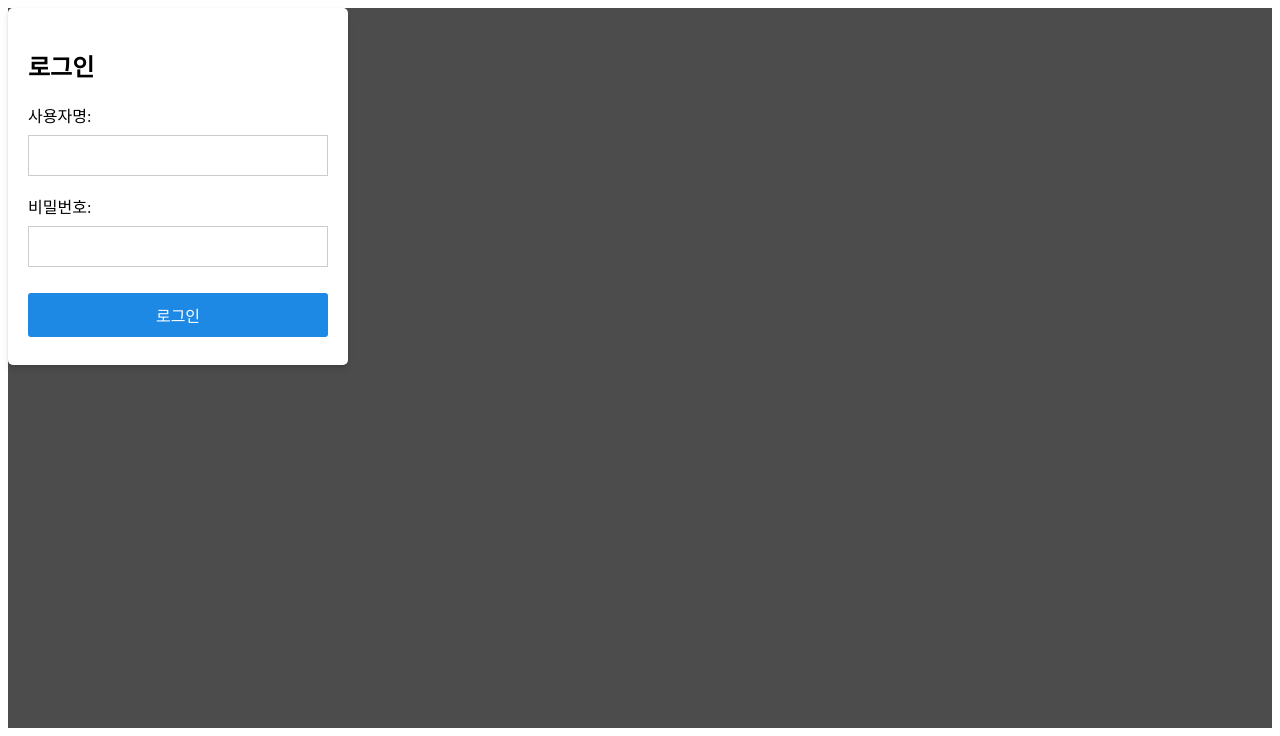
Repository: NewTurn2017/MyChome
Page: index.html
An editor plug-in stored every save of this project. The page is shown before and after the next save, followed by the edit.
The browser window is 1280 px wide. The pictures show the whole page.
The page's requests for data from a server got no answer.

Above is the page before, as saved 2023-04-17 23:50:52.

### index.html
<!DOCTYPE html>
<html lang="ko-KR">
  <head>
    <meta charset="UTF-8" />
    <title>나만의 홈페이지</title>
    <link rel="stylesheet" href="style.css" />
  </head>

  <body>
    <div id="mainContent" style="display: none">
      <div id="content">
        <div id="clock"></div>
        <div id="quote"></div>
        <div id="weather"></div>

        <div id="todo">
          <form id="todoForm">
            <input
              type="text"
              id="todoInput"
              placeholder="할 일을 입력하세요"
            />
            <button type="submit" id="addBtn">추가</button>
          </form>
          <ul id="todoList"></ul>
          <button id="saveBtn">저장</button>
          <button id="loadBtn">불러오기</button>
        </div>
      </div>
    </div>

    <div id="loginContainer">
      <div id="loginFormContainer">
        <h2>로그인</h2>
        <form id="loginForm">
          <div class="inputContainer">
            <label for="username">사용자명:</label>
            <input type="text" id="username" />
          </div>
          <div class="inputContainer">
            <label for="password">비밀번호:</label>
            <input type="password" id="password" />
          </div>
          <button type="submit" id="loginBtn">로그인</button>
        </form>
      </div>
    </div>

    <script src="database.js"></script>
    <script src="weather.js"></script>
    <script src="clock.js"></script>
    <script src="quote.js"></script>
    <script src="todo.js"></script>
    <script src="main.js"></script>
  </body>
</html>

### style.css
.modal {
  display: none;
  position: fixed;
  z-index: 1;
  left: 0;
  top: 0;
  width: 100%;
  height: 100%;
  background-color: rgba(0, 0, 0, 0.6);
}

.modal-content {
  background-color: white;
  margin: 15% auto;
  padding: 20px;
  border: 1px solid #888;
  width: 50%;
  max-width: 350px;
  text-align: center;
}

.close {
  color: #aaa;
  float: right;
  font-size: 28px;
  font-weight: bold;
}

.close:hover,
.close:focus {
  color: black;
  text-decoration: none;
  cursor: pointer;
}

/* 기존 스타일들 */

/* 로그인 컨테이너 스타일 */
#loginContainer {
  display: flex;
  justify-content: center;
  align-items: center;
  height: 100vh;
  background-color: rgba(0, 0, 0, 0.7);
}

#loginFormContainer {
  background-color: #fff;
  width: 300px;
  padding: 20px;
  border-radius: 5px;
  box-shadow: 0 4px 6px rgba(0, 0, 0, 0.1), 0 1px 3px rgba(0, 0, 0, 0.08);
}

h2 {
  margin-bottom: 20px;
}

.inputContainer {
  display: flex;
  flex-direction: column;
  margin-bottom: 10px;
}

input[type='text'],
input[type='password'] {
  width: 100%;
  padding: 12px 20px;
  margin: 8px 0;
  display: inline-block;
  border: 1px solid #ccc;
  box-sizing: border-box;
}

button[type='submit'] {
  background-color: #4caf50;
  color: white;
  padding: 14px 20px;
  margin: 8px 0;
  width: 100%;
  border: none;
  cursor: pointer;
}
button#loginBtn {
  width: 100%;
  padding: 10px;
  font-size: 16px;
  background-color: #1e88e5;
  color: #fff;
  border: none;
  border-radius: 3px;
  cursor: pointer;
}

#loginBtn:hover {
  opacity: 0.8;
}

### database.js
const users = [
  {
    username: 'admin',
    password: '1234',
  },
]

function validateUser(username, password) {
  const user = users.find(
    (user) => user.username === username && user.password === password
  )

  return user ? true : false
}

### weather.js
const apiKey = '826d7a44b198cf8c95e55967b086ae22' // 발급 받은 API 키를 입력하세요.

async function getWeather(city) {
  const response = await fetch(
    `https://api.openweathermap.org/data/2.5/weather?q=${city}&appid=${apiKey}&units=metric`
  )

  if (response.status === 200) {
    const data = await response.json()
    return data
  } else {
    throw new Error('날씨 정보를 불러오는데 실패했습니다.')
  }
}

const weatherDiv = document.getElementById('weather')

async function displayWeather() {
  try {
    const city = 'Seoul' // 원하는 도시 이름을 입력하세요.
    const weatherData = await getWeather(city)
    console.log(weatherData)
    const weatherDescription = weatherData.weather[0].description
    const temperature = weatherData.main.temp
    const feelsLike = weatherData.main.feels_like

    weatherDiv.innerHTML = `
      <h3>날씨: ${weatherDescription}</h3>
      <p>온도: ${temperature}°C</p>
      <p>체감 온도: ${feelsLike}°C</p>
    `
  } catch (error) {
    weatherDiv.innerHTML = `<p>${error.message}</p>`
  }
}

displayWeather()

### clock.js
// 시계 출력 함수
function showClock() {
  const now = new Date() // 현재 시간을 가져옴
  const hour = now.getHours() // 시간을 가져옴
  const minute = now.getMinutes() // 분을 가져옴
  const second = now.getSeconds() // 초를 가져옴

  const clock = document.getElementById('clock')
  clock.textContent = `${hour < 10 ? '0' + hour : hour}:${
    minute < 10 ? '0' + minute : minute
  }:${second < 10 ? '0' + second : second}`

  // 1초마다 showClock 함수를 호출하여 시간을 업데이트 함
  setTimeout(showClock, 1000)
}

// showClock 함수를 최초로 호출하여 화면에 시계를 표시함
showClock()

### quote.js
const apiKey2 = 'DZgTWSk7G8zffkGfHBZ9nA==LBa1KGthmH6oC8lA' // Replace with your actual API key

const categories = [
  'age',
  'alone',
  'amazing',
  'anger',
  'architecture',
  'art',
  'attitude',
  'beauty',
  'best',
  'birthday',
  'business',
  'car',
  'change',
  'communications',
  'computers',
  'cool',
  'courage',
  'dad',
  'dating',
  'death',
  'design',
  'dreams',
  'education',
  'environmental',
  'equality',
  'experience',
  'failure',
  'faith',
  'family',
  'famous',
  'fear',
  'fitness',
  'food',
  'forgiveness',
  'freedom',
  'friendship',
  'funny',
  'future',
  'god',
  'good',
  'government',
  'graduation',
  'great',
  'happiness',
  'health',
  'history',
  'home',
  'hope',
  'humor',
  'imagination',
  'inspirational',
  'intelligence',
  'jealousy',
  'knowledge',
  'leadership',
  'learning',
  'legal',
  'life',
  'love',
  'marriage',
  'medical',
  'men',
  'mom',
  'money',
  'morning',
  'movies',
  'success',
]

function getRandomCategory() {
  return categories[Math.floor(Math.random() * categories.length)]
}

function fetchQuote() {
  const category = getRandomCategory()
  const url = `https://api.api-ninjas.com/v1/quotes?category=${category}`

  fetch(url, {
    method: 'GET',
    headers: {
      'X-Api-Key': apiKey2,
      'Content-Type': 'application/json',
    },
  })
    .then((response) => {
      if (response.ok) {
        return response.json()
      } else {
        throw new Error('Network response was not ok')
      }
    })
    .then((result) => {
      displayQuote(result[0])
    })
    .catch((error) => {
      console.error('Error: ', error)
    })
}

function displayQuote(quoteObj) {
  const quote = quoteObj.quote
  const author = quoteObj.author

  const quoteElement = document.getElementById('quote')
  quoteElement.innerHTML = `<p>${quote}</p><p><em>- ${author}</em></p>`
}

// Fetch a new quote
fetchQuote()

### todo.js
// Todo List 출력 함수
function showTodoList() {
  const todoList = JSON.parse(localStorage.getItem('todoList')) || [] // 로컬 스토리지에서 Todo List를 가져옴

  const todoListElem = document.getElementById('todoList')
  todoListElem.innerHTML = ''

  todoList.forEach((todo, index) => {
    const li = document.createElement('li')
    li.innerHTML = `
        <input type="text" value="${todo}" data-index="${index}">
        <button class="deleteBtn" data-index="${index}">삭제</button>
      `
    todoListElem.appendChild(li)
  })

  // 삭제 버튼 클릭 이벤트 핸들러 등록
  const deleteBtns = document.querySelectorAll('.deleteBtn')
  deleteBtns.forEach((btn) => {
    btn.onclick = function () {
      const index = this.dataset.index
      todoList.splice(index, 1)
      showTodoList()
    }
  })
}

// Todo List 추가 함수
function addTodoList() {
  const todoInput = document.getElementById('todoInput')
  const todoList = JSON.parse(localStorage.getItem('todoList')) || [] // 로컬 스토리지에서 Todo List를 가져옴
  todoList.push(todoInput.value) // 새로운 할 일을 추가함
  localStorage.setItem('todoList', JSON.stringify(todoList)) // 로컬 스토리지에 Todo List를 저장함
  todoInput.value = '' // 입력 필드를 초기화함
  showTodoList()
}

// Todo List 수정 함수
function modifyTodoList(index, value) {
  const oldTodoList = JSON.parse(localStorage.getItem('todoList')) || [] // 로컬 스토리지에서 Todo List를 가져옴
  oldTodoList[index] = value // 할 일을 수정함
  localStorage.setItem('todoList', JSON.stringify(oldTodoList)) // 로컬 스토리지에 Todo List를 저장함
  showTodoList()
}

// Todo List 저장 함수
function saveTodoList() {
  const todoList = JSON.parse(localStorage.getItem('todoList')) || [] // 로컬 스토리지에서 Todo List를 가져옴
  const filename = 'todolist.json'
  const blob = new Blob([JSON.stringify(todoList)], {
    type: 'application/json',
  })
  const url = URL.createObjectURL(blob)
  const a = document.createElement('a')
  a.href = url
  a.download = filename
  a.click()
}
// Todo List 불러오기 함수
async function loadTodoList() {
  const input = document.createElement('input')
  input.type = 'file'
  input.accept = 'application/json'
  input.onchange = async function () {
    const file = input.files[0]
    const reader = new FileReader()
    reader.readAsText(file)
    reader.onloadend = async function () {
      if (reader.result) {
        const newTodoList = JSON.parse(reader.result)
        localStorage.setItem('todoList', JSON.stringify(newTodoList)) // 로컬 스토리지에 Todo List를 저장함
        showTodoList()
      }
    }
  }
  input.click()
}

// Todo List Form submit 이벤트 핸들러 등록
const todoForm = document.getElementById('todoForm')
todoForm.onsubmit = function (event) {
  event.preventDefault() // 기본 동작을 막음
  addTodoList()
}

// 저장 버튼 click 이벤트 핸들러 등록
const saveBtn = document.getElementById('saveBtn')
saveBtn.onclick = function () {
  saveTodoList()
}

// 불러오기 버튼 click 이벤트 핸들러 등록
const loadBtn = document.getElementById('loadBtn')
loadBtn.onclick = async function () {
  await loadTodoList()
}

// showTodoList 함수를 최초로 호출하여 화면에 Todo List를 표시함
showTodoList()

### main.js
// 로그인 폼 전송
const loginForm = document.getElementById('loginForm')
const loginContainer = document.getElementById('loginContainer')

loginForm.addEventListener('submit', function (event) {
  event.preventDefault() // 폼 기본 동작 중단

  // 입력된 아이디와 비밀번호 가져오기
  const username = loginForm.username.value
  const password = loginForm.password.value

  // 아이디와 비밀번호 검증
  if (validateUser(username, password)) {
    alert('로그인되었습니다.')
    // 로그인 성공 시 mainContent div를 표시함
    document.getElementById('mainContent').style.display = 'block'
    // 로그인 성공 시 loginContainer를 숨김
    loginContainer.style.display = 'none'

    // 로그인 상태를 localStorage에 저장
    localStorage.setItem('isLoggedIn', true)
  } else {
    alert('아이디 또는 비밀번호가 올바르지 않습니다.')
  }
})

// 페이지 로드 시 로그인 상태 확인
document.addEventListener('DOMContentLoaded', function () {
  const isLoggedIn = localStorage.getItem('isLoggedIn')

  if (isLoggedIn === 'true') {
    // 로그인된 상태이면 mainContent를 표시하고 loginContainer를 숨김
    document.getElementById('mainContent').style.display = 'block'
    loginContainer.style.display = 'none'
  } else {
    // 로그인되지 않은 상태이면 mainContent를 숨기고 loginContainer를 표시
    document.getElementById('mainContent').style.display = 'none'
    loginContainer.style.display = 'block'
  }
})

After the next save:
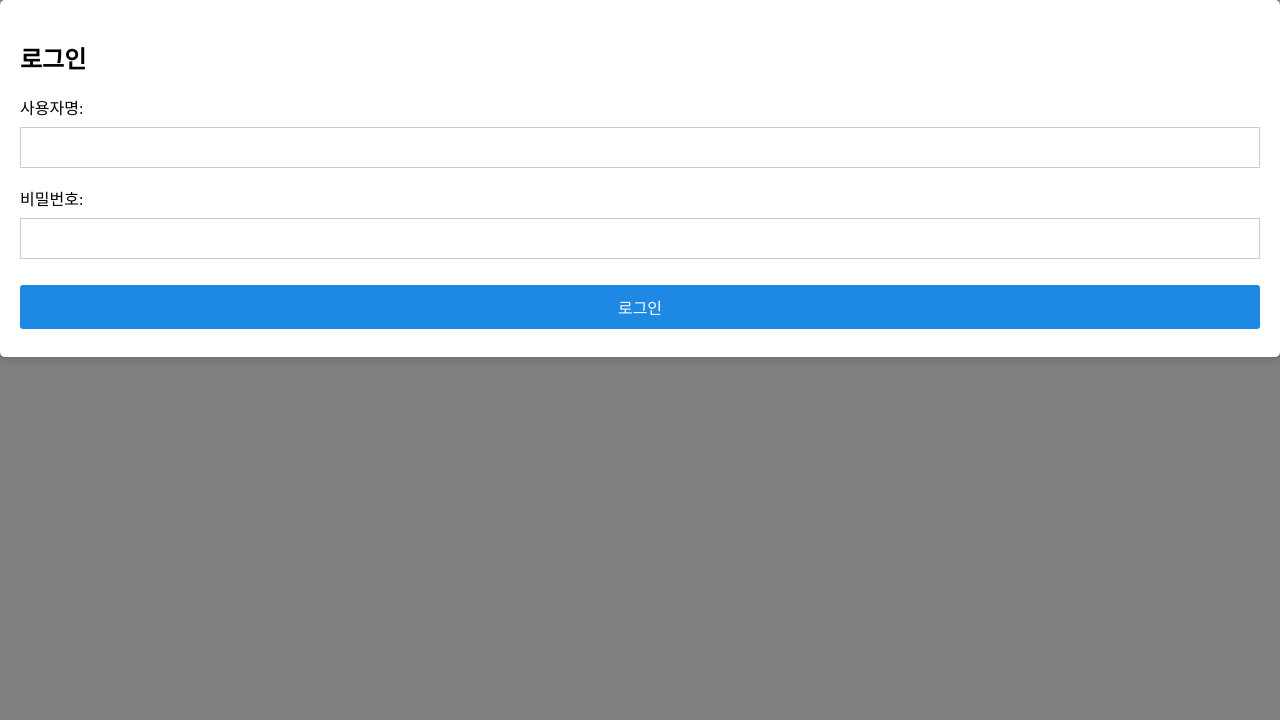
Saved 13 min 39 s later.
--- a/style.css
+++ b/style.css
@@ -40,16 +40,19 @@
   display: flex;
   justify-content: center;
   align-items: center;
-  height: 100vh;
-  background-color: rgba(0, 0, 0, 0.7);
+  position: fixed;
+  top: 0;
+  left: 0;
+  width: 100%;
+  height: 100%;
+  background-color: rgba(0, 0, 0, 0.5);
 }
 
 #loginFormContainer {
-  background-color: #fff;
-  width: 300px;
+  background-color: white;
   padding: 20px;
   border-radius: 5px;
-  box-shadow: 0 4px 6px rgba(0, 0, 0, 0.1), 0 1px 3px rgba(0, 0, 0, 0.08);
+  box-shadow: 0 4px 6px rgba(0, 0, 0, 0.1);
 }
 
 h2 {

After the save that followed:
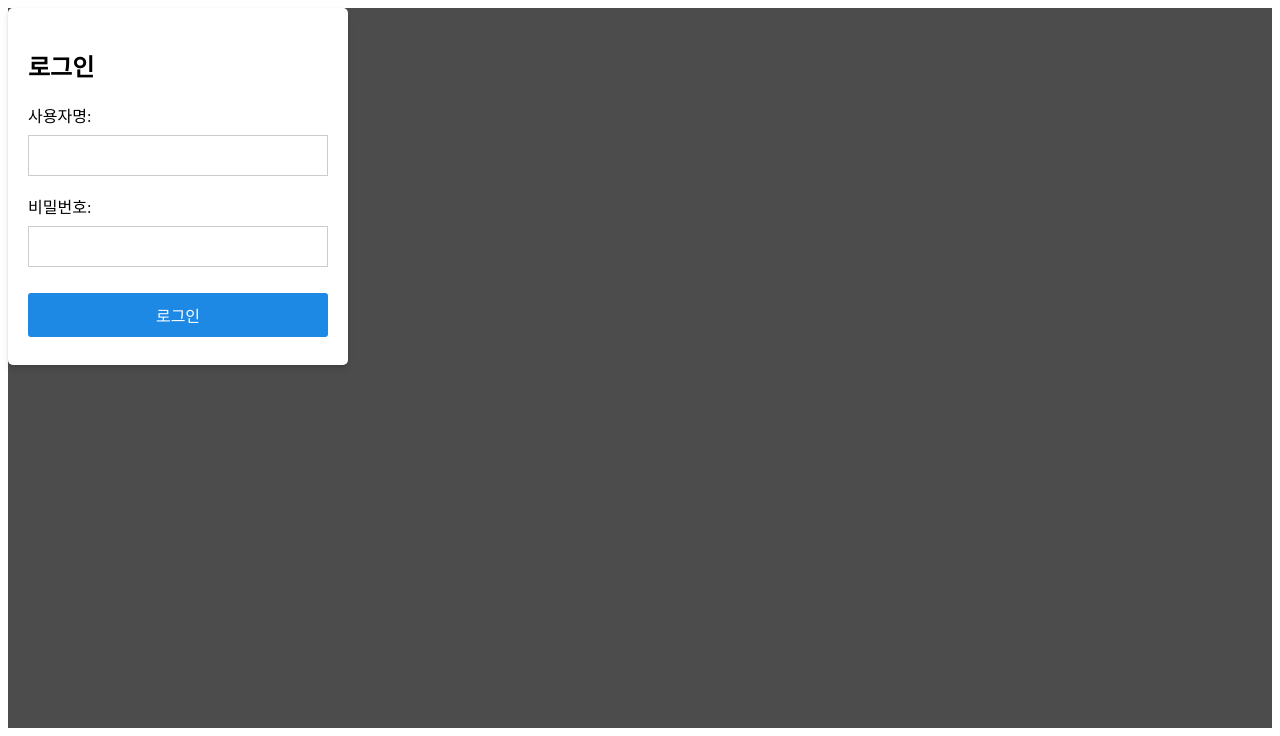
Saved 19 s later.
--- a/style.css
+++ b/style.css
@@ -40,19 +40,16 @@
   display: flex;
   justify-content: center;
   align-items: center;
-  position: fixed;
-  top: 0;
-  left: 0;
-  width: 100%;
-  height: 100%;
-  background-color: rgba(0, 0, 0, 0.5);
+  height: 100vh;
+  background-color: rgba(0, 0, 0, 0.7);
 }
 
 #loginFormContainer {
-  background-color: white;
+  background-color: #fff;
+  width: 300px;
   padding: 20px;
   border-radius: 5px;
-  box-shadow: 0 4px 6px rgba(0, 0, 0, 0.1);
+  box-shadow: 0 4px 6px rgba(0, 0, 0, 0.1), 0 1px 3px rgba(0, 0, 0, 0.08);
 }
 
 h2 {
